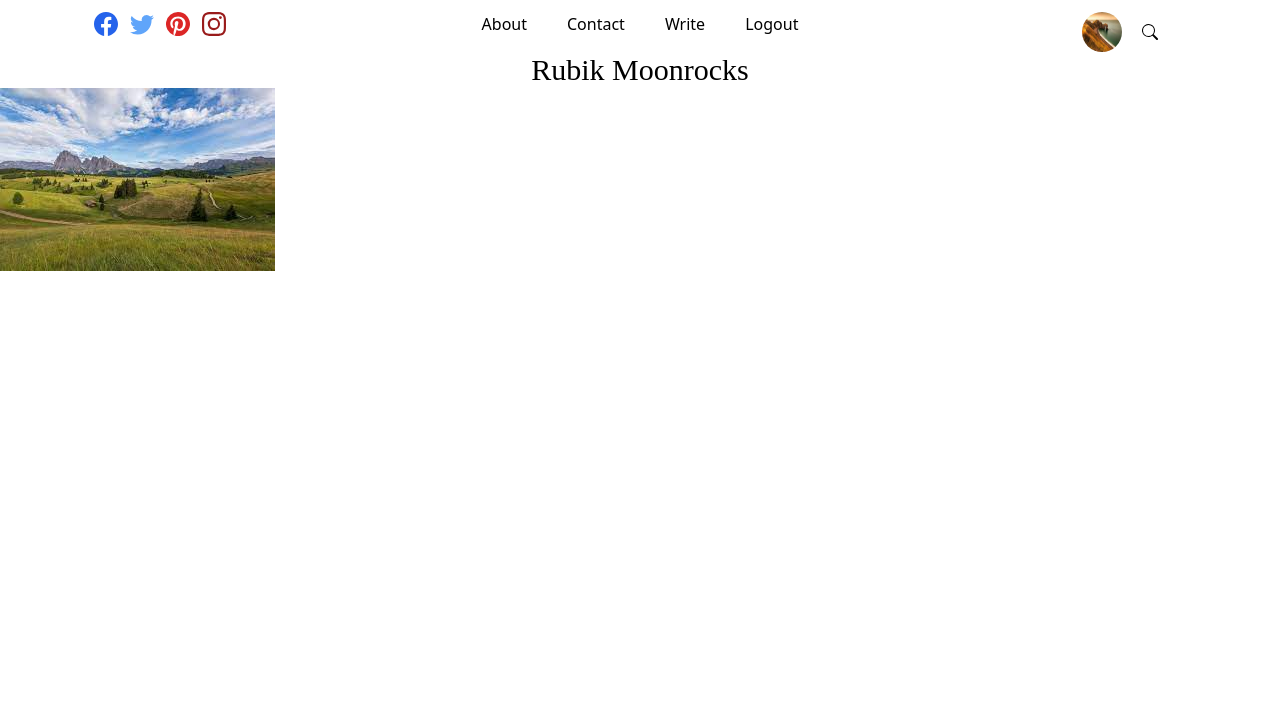
Repository: tentaciones/catMemeGenerator
Page: /
The author's editor kept a copy of each file at every save. The page is drawn from the files as they stood at one save, then again after the next save.
The browser window is 1280 px wide. The pictures show the whole page.
Some web fonts or font styles are not loaded; a fallback is used. The project was rebuilt for these pictures with package versions that can differ from the ones it lists, and the page was loaded fresh each time.

Above is the page before, as saved 2022-07-07 14:28:13.

### public/index.html
<!DOCTYPE html>
<html lang="en">
  <head>
    <meta charset="utf-8" />
    <link rel="icon" href="%PUBLIC_URL%/favicon.ico" />
    <meta name="viewport" content="width=device-width, initial-scale=1" />
    <meta name="theme-color" content="#000000" />
    <meta
      name="description"
      content="Web site created using create-react-app"
    />
    <link rel="apple-touch-icon" href="%PUBLIC_URL%/logo192.png" />
    <link rel="preconnect" href="https://fonts.googleapis.com" />
    <link rel="preconnect" href="https://fonts.gstatic.com" crossorigin />
    <link
      href="https://fonts.googleapis.com/css2?family=Gentium+Book+Plus:ital@1&family=Rubik+Moonrocks&display=swap"
      rel="stylesheet"
    />
    <link rel="manifest" href="%PUBLIC_URL%/manifest.json" />

    <title>React App</title>
  </head>
  <body>
    <noscript>You need to enable JavaScript to run this app.</noscript>
    <div id="root"></div>
    <!--
      This HTML file is a template.
      If you open it directly in the browser, you will see an empty page.

      You can add webfonts, meta tags, or analytics to this file.
      The build step will place the bundled scripts into the <body> tag.

      To begin the development, run `npm start` or `yarn start`.
      To create a production bundle, use `npm run build` or `yarn build`.
    -->
  </body>
</html>

### src/App.js
import { Navbar } from "./components";
import Home from "./pages/Home";
function App() {
  return (
    <div className="">
      <Navbar />
      <Home />
    </div>
  );
}

export default App;

### src/components/index.js
export { default as Navbar } from "./Navbar";
export { default as Header } from "./Header";

### src/pages/home.jsx
import React from "react";
import { Header } from "../components";

const Home = () => {
  return (
    <div>
      <Header />
    </div>
  );
};

export default Home;

### src/components/Navbar.jsx
import React from "react";
import {
  BsFacebook,
  BsTwitter,
  BsPinterest,
  BsInstagram,
  BsSearch,
} from "react-icons/bs";
const Navbar = () => {
  return (
    <nav>
      <div className="flex mt-3">
        <div className="w-1/4 flex space-x-3 justify-center">
          <BsFacebook className="text-blue-600 text-2xl" />
          <BsTwitter className="text-blue-400 text-2xl" />
          <BsPinterest className="text-red-600 text-2xl" />
          <BsInstagram className="text-red-800 text-2xl" />
        </div>
        <div className="w-2/4 flex justify-center">
          <ul className="flex gap-10 cursor-pointer ">
            <li>About</li>
            <li>Contact</li>
            <li>Write</li>
            <li>Logout</li>
          </ul>
        </div>
        <div className=" w-1/4 flex justify-center gap-5">
          <img
            src="data:[embedded picture, 11411 characters]"
            alt=""
            className="w-10 h-10 rounded-full"
          />
          <BsSearch className="mt-3" />
        </div>
      </div>
    </nav>
  );
};

export default Navbar;

### src/components/Header.jsx
import React from "react";

const Header = () => {
  return (
    <div>
      <div className="font-[cursive] flex justify-center text-3xl">
        Rubik Moonrocks
      </div>
      <img
        src="data:[embedded picture, 10927 characters]"
        alt=""
      />
    </div>
  );
};

export default Header;

Loaded but not shown: src/index.js (common file); src/index.css (common file); src/reportWebVitals.js (common file); tailwind.config.js (common file)

After the next save:
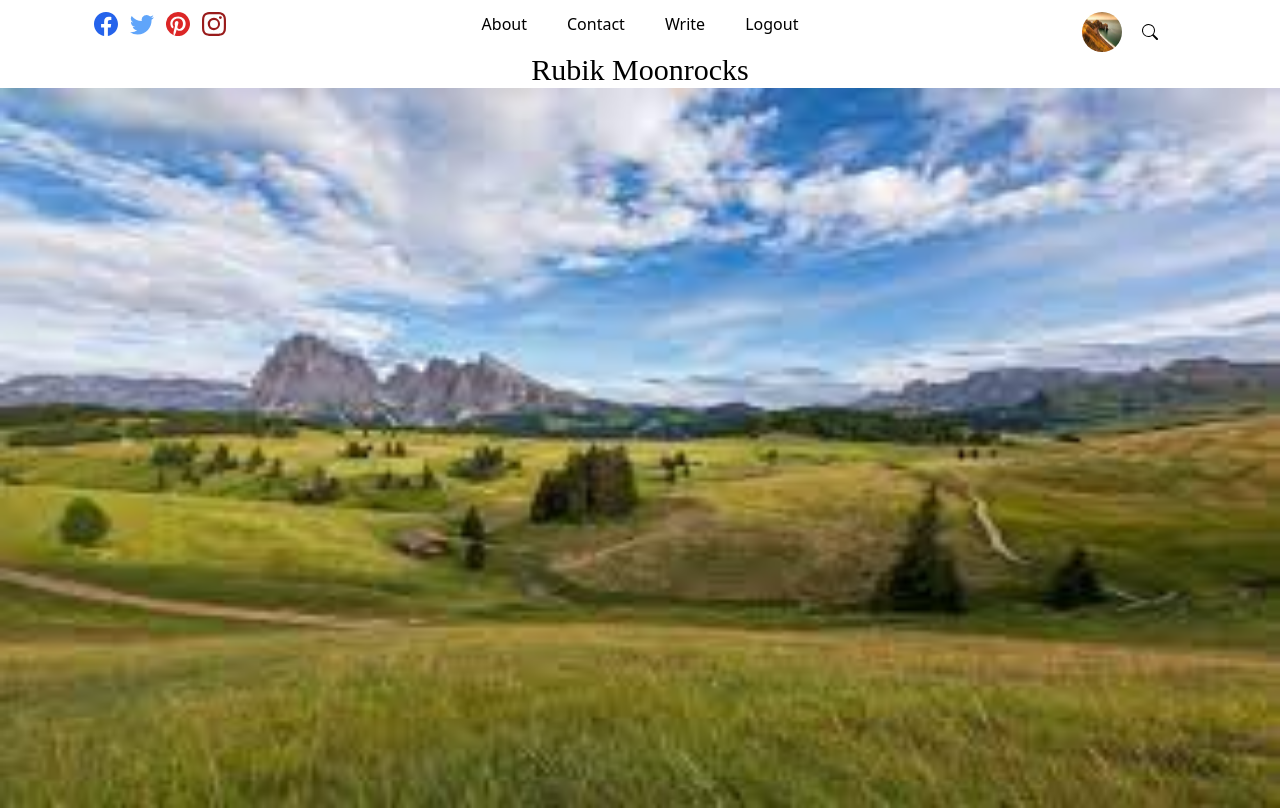
Saved 29 s later.
--- a/src/components/Header.jsx
+++ b/src/components/Header.jsx
@@ -9,6 +9,7 @@
       <img
         src="data:[embedded picture, 10927 characters]"
         alt=""
+        className="w-screen h-screen"
       />
     </div>
   );
